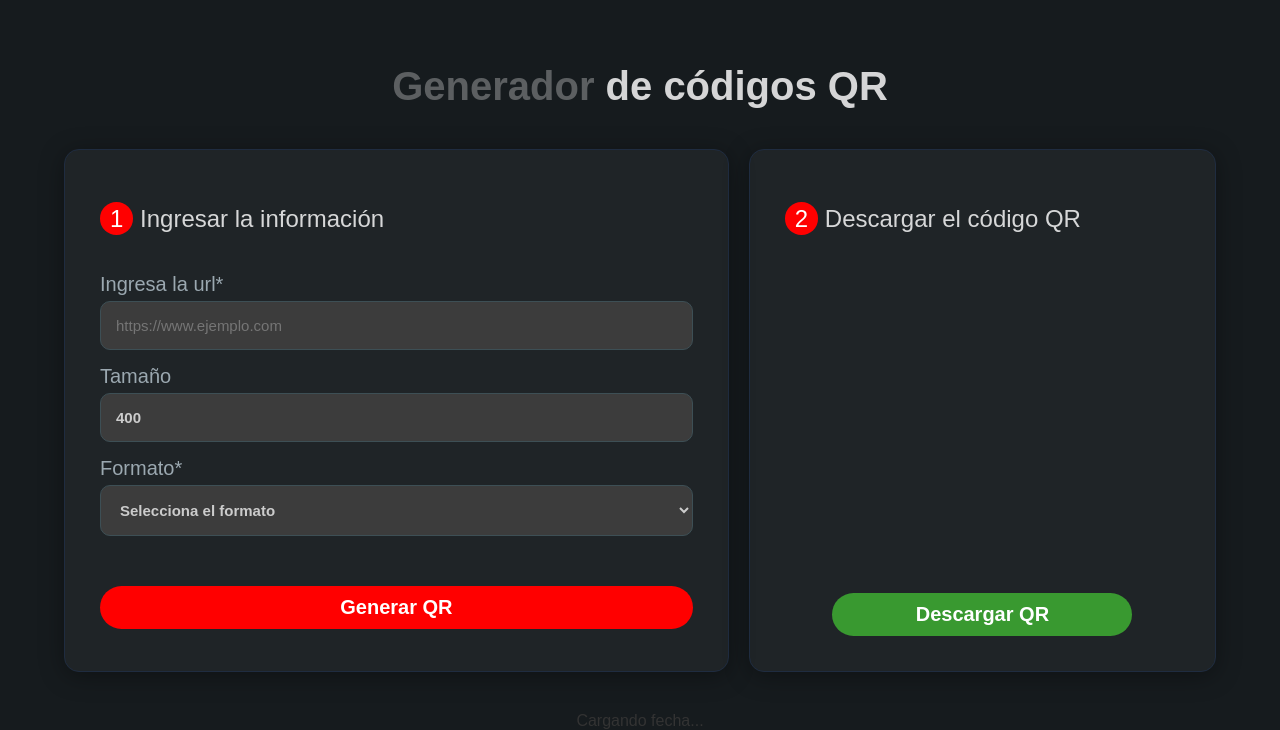
Repository: Marcos-gomez2020/qr-app
Page: public/index.html
An editor plug-in stored every save of this project. The page is shown before and after the next save, followed by the edit.
The browser window is 1280 px wide. The pictures show the whole page.

Above is the page before, as saved 2026-11-20 14:57:34.

### public/index.html
<!doctype html>
<html lang="es">
    <head>
        <meta charset="UTF-8"/>
        <meta name="description" content=""/>
        <meta name="viewport" content="width=device-width, initial-scale=1.0"/>
        <title>Generador de códigos QR</title>
        <link rel="icon" type="image/png" href="/assets/images/favico-codigo-qr-blanco.png"/>
        <link rel="stylesheet" href="/style.css"/>
    </head>
    <body>
        <h1><span style="color: #ffffff4d;">Generador</span> de códigos QR</h1>
        <!-- <hr>-->
          <!--<div id="message" class="message"></div>-->

        <div class="container">
            <!-- <div style="text-align: center;"> <img src="images/Logo_1.png" alt="" style="width: 120px"> </div>-->
            <div class="column_1">
                <h2 class="pasos"><span>1</span> Ingresar la información</h2>
                <div class="" style="height: 20px"></div>
                <form id="utm-form">
                    <div class="form-group">
                        <label for="base-url">Ingresa la url*</label> <input type="url" id="text" placeholder="https://www.ejemplo.com" autocomplete="url" required/>
                    </div>
                    <div class="form-group">
                        <label for="size">Tamaño</label> <input type="number" name="size" id="size" placeholder="Tamaño (px)" min="100" max="1000" step="50" value="400" required/>
                      <!--  <small id="sizeInfo">400 × 400 px</small>-->
                    </div>
                    <div class="form-group">
                        <label for="utm-source">Formato*</label> <select id="format">
                        <option value="" disabled selected>Selecciona el formato</option>
                        <option value="png">Formato PNG</option>
                        <option value="jpg">Formato JPG</option>
                        <option value="svg">Formato SVG</option>
                        </select>
                    </div>
                   <!-- <button type="button" id="generate">Generar QR</button>-->
                </form>
                <button type="button" id="generate">Generar QR</button>

<div id="message" class="message" role="alert">
    <div class="message-icon">
        <span id="messageIcon">✓</span>
    </div>

    <div class="message-content">
        <div id="messageTitle" class="message-title">
            Éxito
        </div>

        <div id="messageText" class="message-text">
            Operación realizada correctamente.
        </div>
    </div>

    <button
        id="messageClose"
        class="message-close"
        type="button"
        aria-label="Cerrar mensaje"
    >
        ×
    </button>
</div>
            </div>
            <div class="column_2">
                <h2 class="pasos"><span>2</span> Descargar el código QR</h2>
                <div class="" style="height: 20px"></div>
                <div id="qrcode-div" style="text-align: center">
                    <div class="qrcode" style="display: flex; justify-content: center; align-items: center; margin: auto">
                        <img class="" id="qrcode" src="" alt="" />
                    </div>
                    <button class="btn-descargar" id="download" type="button">Descargar QR</button>

                </div>
            </div>
        </div>
        <footer id="qr-live-clock" class="live-clock" aria-label="Fecha y hora actual de Colombia">
           <!-- <span class="live-clock-icon" aria-hidden="true">◷</span>-->
            <span class="live-clock-content">
                <!--<time id="live-time" class="live-clock-time">--:--:-- p. m.</time>-->
                <time id="live-date" class="live-clock-date">Cargando fecha...</time>
            </span>
        </footer>

        <script src="/app.js"></script>
    </body>
</html>

### style.css
body {
    font-family:Arial, Helvetica, sans-serif;
    background-color: #161b1e;
    color: #333;
    margin: 0;
    padding: 0;
    display: flex;
    flex-direction: column;
    align-items: center;
   /*height: 100vh;*/
    /*background-image:url("https://images.pexels.com/photos/6985191/pexels-photo-6985191.jpeg");*/
    background-repeat: no-repeat;
    background-size:cover;
}

header {
    width: 100%;
    background-color: #4099FF;
    color: white;
    padding: 5px 0;
    text-align: center;
    box-shadow: 0 2px 4px rgba(0, 0, 0, 0.1);
}

.logo-container {
    display: flex;
    align-items: center;
    justify-content: left;
}

.logo {
    width: auto;
    height: 100px;
    margin-right: 15px;
}

h1 {
    text-align: center;
    margin-bottom: 0px;
    color: #ffffffd1;
    margin-top: 4rem;
    font-size: 40px;
}
hr{
    height: 2px;
    width: 100%;
    background-color:#d3d3d3;
    border: none;
}

.container {
    /*background-color: #000;*/
    padding: 40px;
    /*box-shadow: 0 0 50px rgba(0, 0, 0, .3);*/
    border-radius: 8px;
   /* max-width: 500px;*/
    width: 70%;
    margin: auto;
 /* border: 1px solid #4099FF;*/
    display: flex;
    gap: 10px;
    justify-content: center;
}
.column_1{
  flex: 1;
  height: 450px;
  flex-basis: 400px;
  border: 1px solid #1f2c40;
  gap: 20px;
  padding: 40px;
    max-width: 600px;
    width: 100%;
    margin: 20px 20px;
    border-radius: 15px;
    box-shadow: 0 4px 24px rgba(0, 0, 0, .35);
   background-color: rgba(255, 255, 255, 0.04);
   overflow-y:hidden;
}
.column_2{
  flex: 1;
  height: 450px;
  flex-basis: 400px;
  border: 1px solid #1f2c40;
  gap: 20px;
  padding: 40px;
   max-width: 400px;
    width: 100%;
    margin: 20px 20px;
    border-radius: 15px;
    box-shadow: 0 4px 24px rgba(0, 0, 0, .35);
    background-color: rgba(255, 255, 255, 0.04);
    overflow-y:hidden;

}





/*Estilos para el formulario*/

.pasos {
    color: #ffffffd1;
    font-weight: 300;
}

.pasos span{
    padding: 3px 10px;
    border-radius: 50%;
    background-color: #FF0000;
    color: #ffffff;
}
.form-group {
    margin-bottom: 15px;
}
label {
    display: block;
    margin-bottom: 5px;
    font-size: 20px;
    font-weight: 400;
    color: #9ba8b0;
}
label span{
    color: red;
    font-weight: bold;
}

input[type="url"] {
    width: 100%;
    padding: 15px;
    border-radius: 10px;
    box-sizing: border-box;
    font-size: 15px;
    background-color: #3c3c3c;
    color: #ccc;
   border: 1px solid #3d4f55;
}
input[type="number"] {
    width: 100%;
    padding: 15px;
    border-radius: 10px;
    box-sizing: border-box;
    font-size: 15px;
    background-color: #3c3c3c;
    color: #ccc;
    font-weight: bold;
   border: 1px solid #3d4f55;
}
#format{
    width: 100%;
    padding: 15px;
    font-size: 15px;
    border-radius: 10px;
    background-color: #3c3c3c;
    color: #ccc;
    font-weight: bold;
   border: 1px solid #3d4f55;
}
button {
    width: 100%;
    padding: 10px;
    /*background-color: #4099FF;*/
    /*background-color: #CF2E2E;*/
    color: #FFFFFF;
   /* border: none;*/
    border-radius: 50px;
    cursor: pointer;
    font-size: 20px;
    border-style: none;
    /*border-width: 2px;*/
    font-weight: bold;
    background-color: #FF0000;
    margin-top: 35px;
}

button:hover {
    background-color: #c50303;

    color: #FFFFFF;

}
.btn-descargar{
    width: 100%;
    padding: 10px;
    /*background-color: #4099FF;*/
    /*background-color: #CF2E2E;*/
    color: #FFF;
   border: none;
    border-radius: 50px;
    cursor: pointer;
    font-size: 20px;
    font-weight: bold;
    background-color: #399930;
    margin-top: 40px;
}
.btn-descargar:hover{
    background-color: #337a1d ;
}
.qrcode{
    margin-top: 35px;
    margin-bottom: 30px;
    text-align: center;
    /*padding: 0px 20px;*/
    text-align: center;
   /* border-color: #ccc;*/
  /*border-width: 1px;*/
  /*border-style: solid;*/
    border-radius: 10px;
    height: 280px;
    width: 300px;
    /*background-image: url("images/codigo-qr-img-fondo.png");*/
    /*background-size: cover;*/
    /*background-position: center;*/

}


#result {
    margin-top: 20px;
}
#generate-btn{
    font-size: 16px;
}

#generated-url {
    word-wrap: break-word;
    border: #ccc 1px solid;
    padding: 10px;
    border-radius: 5px;
}

/* Estilo para el botón de copiar */
#copy-btn {
    margin-top: 10px;
    padding: 10px;
    background-color: #28a745;
    color: white;
    border: none;
    border-radius: 4px;
    cursor: pointer;
    font-size: 16px;
    display: none; /* Inicialmente oculto hasta que se genere una URL */
}

#copy-btn:hover {
    background-color: #218838;
}


/*estilos de mensaje

.message {
    width: 400px;
    margin-top: 15px;
    padding: 12px 16px;
    border-radius: 8px;
    font-size: 18px;
    text-align: center;
    display: none;
    position:fixed;
    top: 5px;
    right: 20px;
    z-index: 1000;
}

.message.error {
    display: block;
    background: #ffe8e8;
    color: #c62828;
    border: 1px solid #f5b5b5;
}

.message.success {
    display: block;
    background: #e8f7ed;
    color: #218838;
    border: 1px solid #b7dfc2;
}

#sizeInfo {
    display: block;
    margin-top: 0px;
    font-size: 0px;
    opacity: 0.7;
}*/

/* ==========================================
   NOTIFICACIONES
   ========================================== */
/* ==========================================
   SISTEMA DE NOTIFICACIONES
   ========================================== */

.message {
    position: fixed;
    top: 24px;
    right: 24px;
    width: min(460px, calc(100vw - 32px));
    display: flex;
    align-items: flex-start;
    gap: 16px;
    padding: 18px 16px;
    background-color: #1d2939;
    border: 1px solid #344054;
    border-radius: 10px;
    box-sizing: border-box;
    box-shadow:
        0 10px 25px rgba(0, 0, 0, 0.25),
        0 4px 10px rgba(0, 0, 0, 0.15);
    color: #ffffff;
    z-index: 99999;
    opacity: 0;
    visibility: hidden;
    transform: translateY(-20px);
    transition:
        opacity 0.25s ease,
        transform 0.25s ease,
        visibility 0.25s ease;
}


/* ==========================================
   NOTIFICACIÓN VISIBLE
   ========================================== */

.message.show {
    opacity: 1;
    visibility: visible;
    transform: translateY(0);
}


/* ==========================================
   ICONO
   ========================================== */

.message-icon {
    width: 24px;
    height: 24px;
    min-width: 24px;
    display: flex;
    align-items: center;
    justify-content: center;
    border: 2px solid #00e676;
    border-radius: 50%;
    color: #00e676;
    font-size: 14px;
    font-weight: bold;
    box-sizing: border-box;
    margin-top: 1px;
}


/* ==========================================
   CONTENIDO
   ========================================== */

.message-content {
    flex: 1;
    min-width: 0;
}


.message-title {
    font-size: 16px;
    font-weight: 600;
    line-height: 1.4;
    margin-bottom: 4px;
}


.message-text {
    color: #98a2b3;
    font-size: 15px;
    line-height: 1.5;
    word-wrap: break-word;
}


/* ==========================================
   BOTÓN CERRAR
   ========================================== */

.message-close {
    width: 28px;
    height: 28px;
    min-width: 28px;
    display: flex;
    align-items: center;
    justify-content: center;
    padding: 0;
    margin: 0;
    border: none;
    border-radius: 6px;
    background: transparent;
    color: #98a2b3;
    font-size: 25px;
    font-weight: 400;
    line-height: 1;
    cursor: pointer;
}


.message-close:hover {
    background-color: rgba(255, 255, 255, 0.08);
    color: #ffffff;
}


/* ==========================================
   ÉXITO
   ========================================== */

.message.success .message-icon {
    border-color: #00e676;
    color: #00e676;
}


/* ==========================================
   ERROR
   ========================================== */

.message.error .message-icon {
    border-color: #ff5252;
    color: #ff5252;
}


/* ==========================================
   ADVERTENCIA
   ========================================== */

.message.warning .message-icon {
    border-color: #ffca28;
    color: #ffca28;
}


/* ==========================================
   MÓVIL
   ========================================== */

@media (max-width: 600px) {
essage {
        top: 16px;
        right: 16px;
        left: 16px;
        width: auto;
    }
}


/* =========================================================
   RESPONSIVE DESIGN
   ========================================================= */

/* ---------------------------------------------------------
   AJUSTES GENERALES
   --------------------------------------------------------- */

* {
    box-sizing: border-box;
}

html {
    width: 100%;
    overflow-x: hidden;
}

body {
    width: 100%;
    min-height: 100vh;
    overflow-x: hidden;
}


/* ---------------------------------------------------------
   CONTENEDOR PRINCIPAL
   --------------------------------------------------------- */

.container {
    width: 90%;
    max-width: 1200px;
    padding: 30px 0;
    margin: 0 auto;
    gap: 20px;
}


/* ---------------------------------------------------------
   COLUMNAS
   --------------------------------------------------------- */

.column_1,
.column_2 {
    box-sizing: border-box;
    margin: 10px 0;
    padding: 35px;
    height: auto;
    min-height: 450px;
}


/* ---------------------------------------------------------
   COLUMNA IZQUIERDA
   --------------------------------------------------------- */

.column_1 {
    flex: 1.2;
    max-width: none;
}


/* ---------------------------------------------------------
   COLUMNA DERECHA
   --------------------------------------------------------- */

.column_2 {
    flex: 0.8;
    max-width: none;
}


/* ---------------------------------------------------------
   QR
   --------------------------------------------------------- */

.qrcode {
    width: 100%;
    max-width: 300px;
    height: 280px;
    margin: 30px auto;
}

#qrcode {
    width: 280px !important;
    max-width: 100%;
    height: auto;
    max-height: 280px;
    object-fit: contain;
    border-radius: 10px;
    background-color: #ffffff;
}


/* ---------------------------------------------------------
   BOTÓN DESCARGAR
   --------------------------------------------------------- */

.btn-descargar {
    width: 100%;
    max-width: 300px;
}


/* =========================================================
   TABLET
   ========================================================= */

@media (max-width: 900px) {

    h1 {
        font-size: 34px;
        margin-top: 3rem;
    }

    .container {
        width: 92%;
        gap: 20px;
    }

    .column_1,
    .column_2 {
        padding: 30px;
    }

    .pasos {
        font-size: 22px;
    }

    label {
        font-size: 18px;
    }

}


/* =========================================================
   TABLET PEQUEÑA
   ========================================================= */

@media (max-width: 768px) {

    h1 {
        font-size: 30px;
        margin-top: 2.5rem;
        padding: 0 20px;
    }

    .container {
        width: 92%;
        flex-direction: column;
        padding: 20px 0 40px;
        gap: 20px;
    }

    .column_1,
    .column_2 {

        width: 100%;
        max-width: none;
        margin: 0;
        padding: 30px;
        min-height: auto;
        height: auto;

    }

    .column_2 {
        padding-bottom: 35px;
    }

    .pasos {
        font-size: 22px;
    }

    .form-group {
        margin-bottom: 20px;
    }

    label {
        font-size: 17px;
    }

    input[type="url"],
    input[type="number"],
    #format {
        width: 100%;
        padding: 14px;
    }

    button {
        font-size: 18px;
    }

    .qrcode {
        width: 100%;
        max-width: 300px;
        height: auto;
        min-height: 280px;
    }

    #qrcode {
        width: 280px !important;
        max-width: 100%;
        height: auto;
    }

}


/* =========================================================
   CELULARES
   ========================================================= */

@media (max-width: 480px) {

    body {
        align-items: stretch;
    }


    /* -----------------------------------------
       TÍTULO
       ----------------------------------------- */

    h1 {
        font-size: 26px;
        line-height: 1.2;
        margin-top: 2rem;
        margin-bottom: 10px;
        padding: 0 15px;
    }


    /* -----------------------------------------
       CONTENEDOR
       ----------------------------------------- */

    .container {
        width: 100%;
        padding: 15px 15px 30px;
        margin: 0;
        gap: 15px;
    }


    /* -----------------------------------------
       COLUMNAS
       ----------------------------------------- */

    .column_1,
    .column_2 {
        width: 100%;
        padding: 22px 18px;
        border-radius: 12px;
        margin: 0;
    }


    /* -----------------------------------------
       TÍTULOS DE PASOS
       ----------------------------------------- */

    .pasos {
        font-size: 19px;
        line-height: 1.4;
        margin-top: 0;
        margin-bottom: 20px;
    }


    .pasos span {
        padding: 2px 8px;
        margin-right: 5px;
    }


    /* -----------------------------------------
       FORMULARIO
       ----------------------------------------- */

    label {
        font-size: 16px;
        margin-bottom: 7px;
    }


    input[type="url"],
    input[type="number"],
    #format {
        width: 100%;
        padding: 13px;
        font-size: 15px;
        border-radius: 8px;
    }


    /* -----------------------------------------
       BOTÓN GENERAR
       ----------------------------------------- */

    button {
        width: 100%;
        padding: 12px;
        font-size: 17px;
        margin-top: 25px;
    }


    /* -----------------------------------------
       ÁREA DEL QR
       ----------------------------------------- */

    .qrcode {
        width: 100%;
        max-width: 100%;
        height: auto;
        min-height: 0;
        margin: 20px auto;
    }


    #qrcode {
        width: 240px !important;
        max-width: 100%;
        height: auto;
        max-height: 240px;
    }


    /* -----------------------------------------
       BOTÓN DESCARGAR
       ----------------------------------------- */

    .btn-descargar {
        width: 100%;
        max-width: 100%;
        margin-top: 25px;
        font-size: 17px;
    }
}


/* =========================================================
   CELULARES MUY PEQUEÑOS
   ========================================================= */

@media (max-width: 360px) {
    h1 {
     font-size: 23px;
    }


    .container {
        padding-left: 10px;
        padding-right: 10px;
    }


    .column_1,
    .column_2 {
        padding: 18px 14px;
    }


    .pasos {
        font-size: 17px;
    }


    #qrcode {
        width: 210px !important;
        max-height: 210px;
    }


    button,
    .btn-descargar {
        font-size: 16px;
    }
}

Loaded but not shown: app.js (561 lines, source omitted)

After the next save:
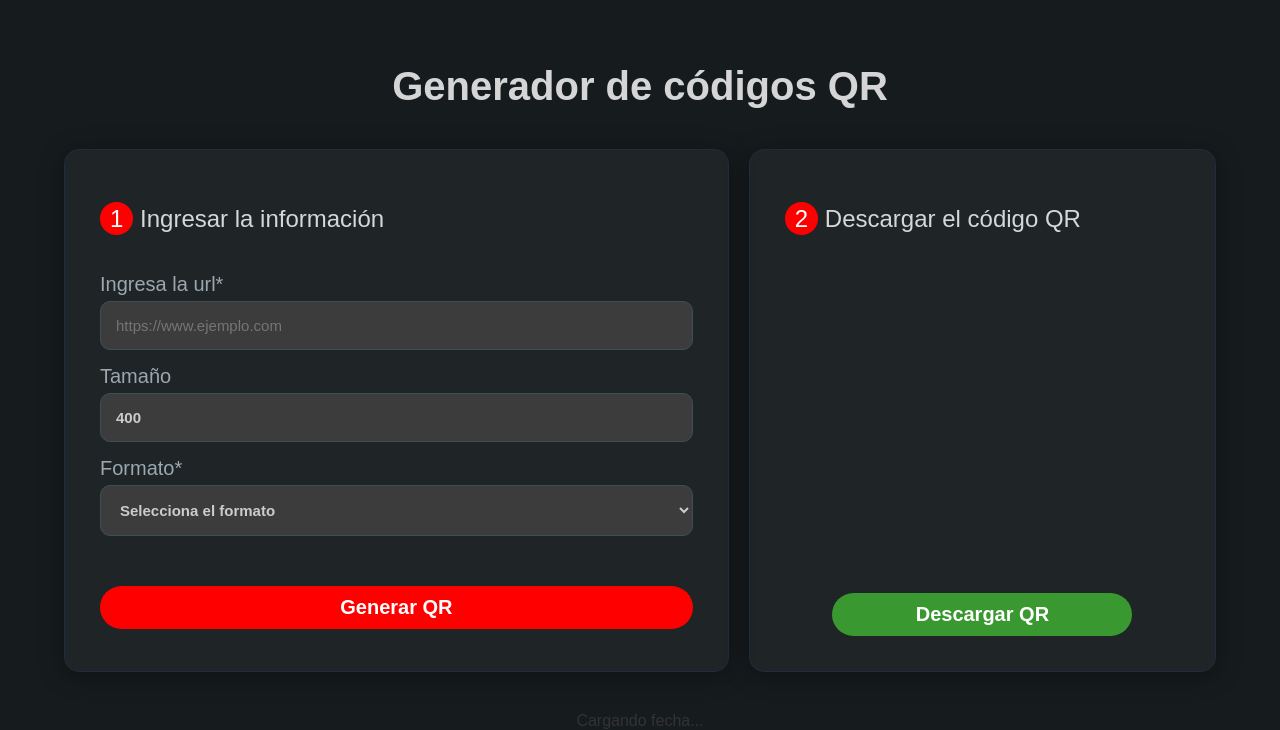
Saved 2 min 2 s later.
--- a/public/index.html
+++ b/public/index.html
@@ -9,7 +9,7 @@
         <link rel="stylesheet" href="/style.css"/>
     </head>
     <body>
-        <h1><span style="color: #ffffff4d;">Generador</span> de códigos QR</h1>
+        <h1><span class="texto-principal-1">Generador</span> <span class="texto-principal-2">de códigos QR</span></h1>
         <!-- <hr>-->
           <!--<div id="message" class="message"></div>-->
 
